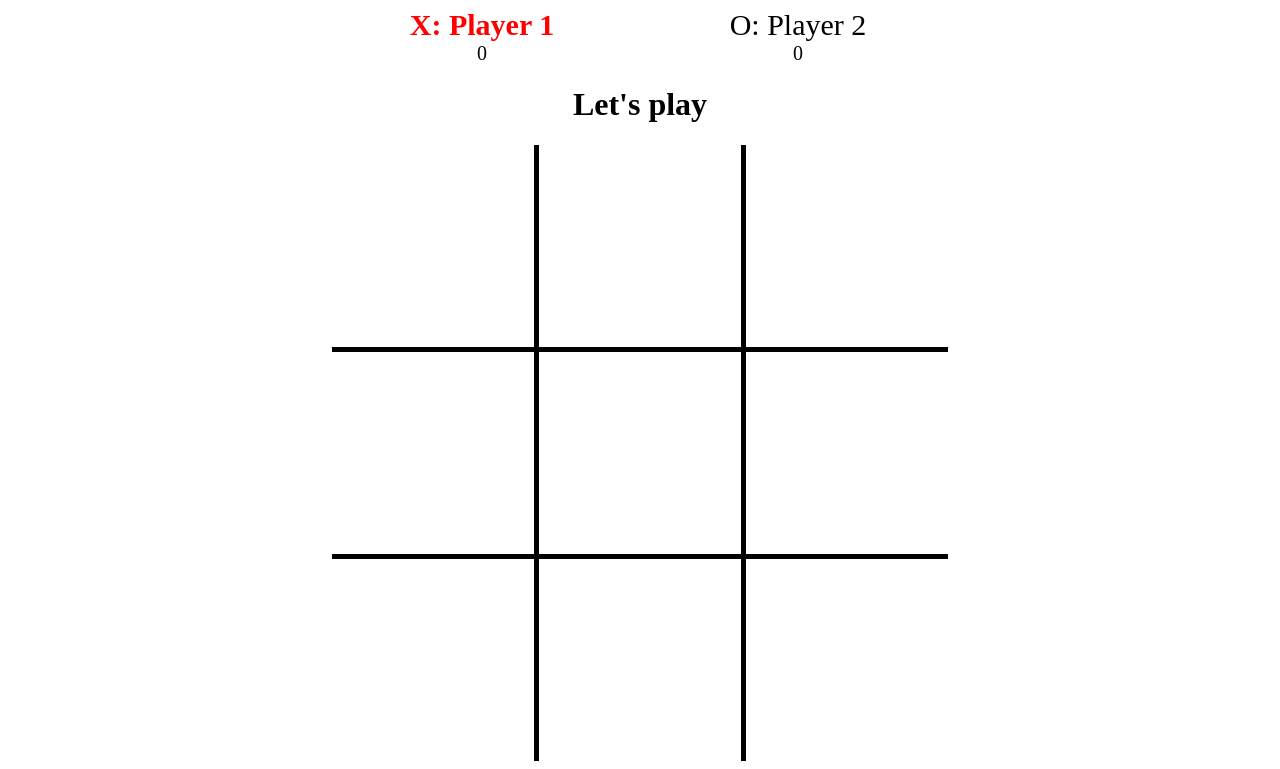
Repository: anas-essaguiar/epita.advancedWeb
Page: tictatoe/index.html
An editor plug-in stored every save of this project. The page is shown before and after the next save, followed by the edit.
The browser window is 1280 px wide. The pictures show the whole page.

Above is the page before, as saved 2021-04-23 16:30:04.

After the next save:
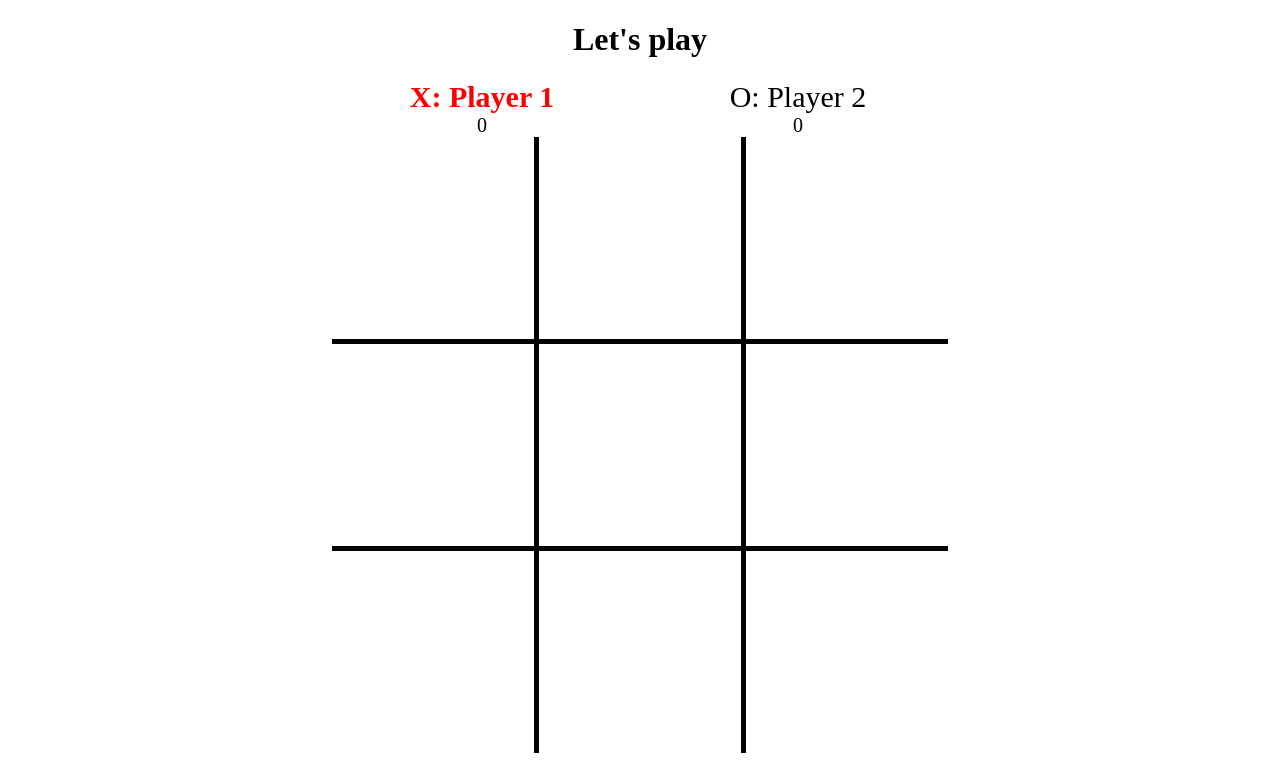
Saved 96 s later.
--- a/tictatoe/index.html
+++ b/tictatoe/index.html
@@ -8,6 +8,7 @@
 </head>
 
 <body>
+    <h1>Let's play</h1>
     <!-- Names for the players -->
     <div id="players">
         <div class="player1 player active">
@@ -30,7 +31,7 @@
 
     <!-- message div -->
     <div id="msg"></div>
-    <h1>Let's play</h1>
+
     <table id="table1" align="center">
         <tr>
             <td class="col"></td>
